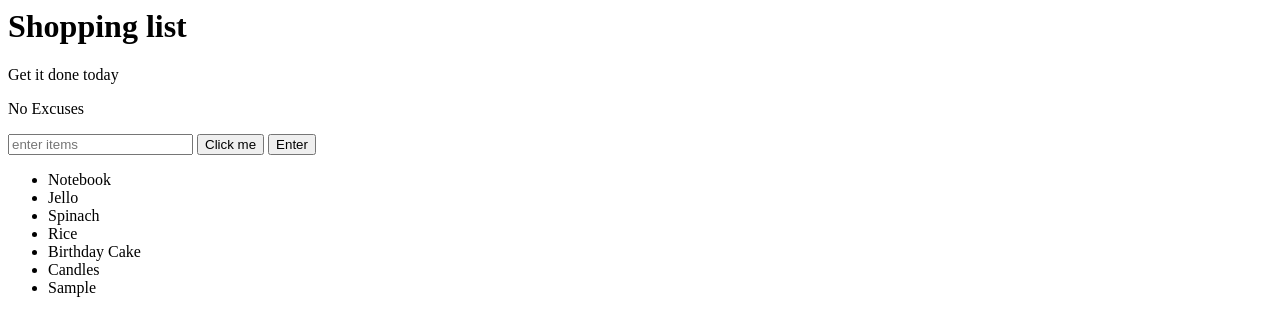
Repository: michalJanaGitHub/michalJanaGitHub.github.io
Page: projects in progress/DOM Events/index.html
An editor plug-in stored every save of this project. The page is shown before and after the next save, followed by the edit.
The browser window is 1280 px wide. The pictures show the whole page.
Empty fields were first filled with sample values (such as "Sample", 5 or name@example.com).
After loading, the first visible `#but2` was clicked once.

Above is the page before, as saved 2018-09-07 20:12:33.

After the next save:
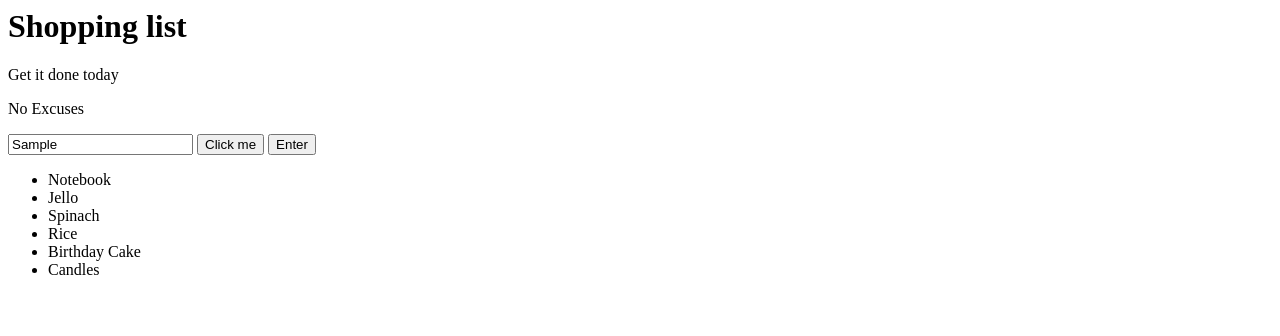
Saved 13 h 10 min later.
--- a/projects in progress/DOM Events/main.js
+++ b/projects in progress/DOM Events/main.js
@@ -8,8 +8,12 @@
         console.log("CLICK!!!");
     });
 
+    function inputLength(){
+        return input.value.length;
+    }
+
     butEnter.addEventListener("click", function(){
-        if(input.value.length>0){
+        if(inputLength>0){
             console.log("click is working");
             var li = document.createElement("li");
             li.appendChild(document.createTextNode(input.value));
@@ -20,7 +24,7 @@
 
     input.addEventListener("keypress", function(event){
         console.log(event.which);
-        if(input.value.length>0 && event.keyCode === 13){
+        if(inputLength>0 && event.keyCode === 13){
             console.log("click is working");
             var li = document.createElement("li");
             li.appendChild(document.createTextNode(input.value));

After the save that followed:
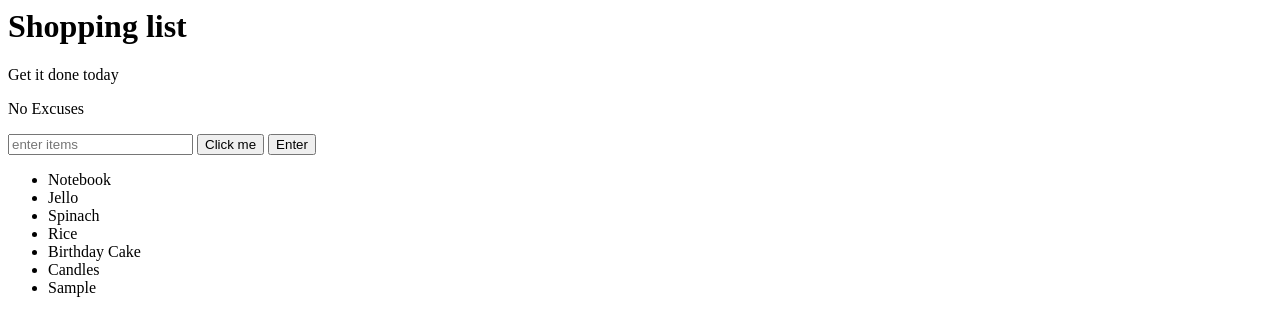
Saved 46 s later.
--- a/projects in progress/DOM Events/main.js
+++ b/projects in progress/DOM Events/main.js
@@ -13,7 +13,7 @@
     }
 
     butEnter.addEventListener("click", function(){
-        if(inputLength>0){
+        if(inputLength()>0){
             console.log("click is working");
             var li = document.createElement("li");
             li.appendChild(document.createTextNode(input.value));
@@ -24,7 +24,7 @@
 
     input.addEventListener("keypress", function(event){
         console.log(event.which);
-        if(inputLength>0 && event.keyCode === 13){
+        if(inputLength()>0 && event.keyCode === 13){
             console.log("click is working");
             var li = document.createElement("li");
             li.appendChild(document.createTextNode(input.value));
